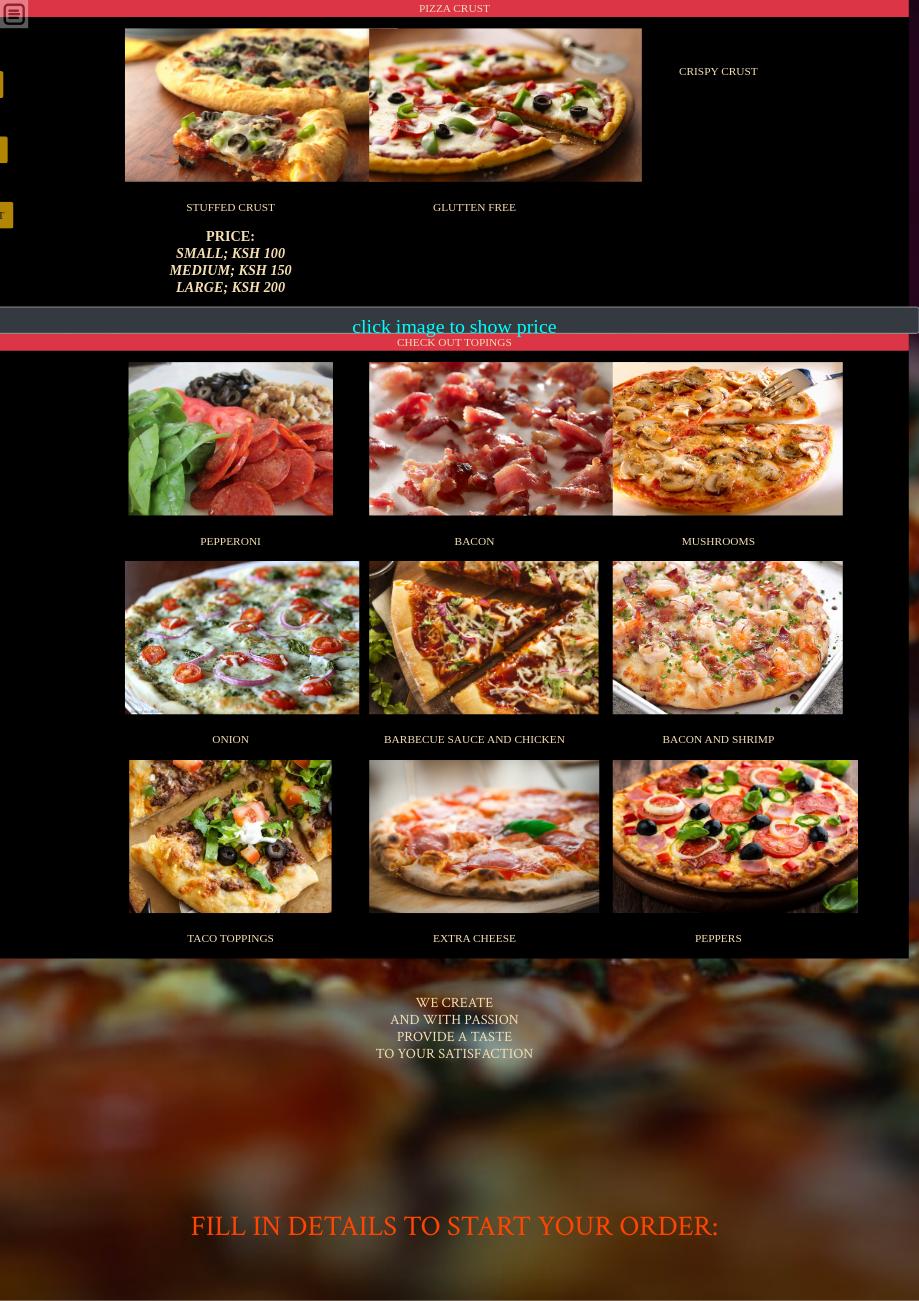
Repository: alexmwaura/MOREO--PIZZA-IP4
Page: mine.html
The author's editor kept a copy of each file at every save. The page is drawn from the files as they stood at one save, then again after the next save.
The browser window is 1280 px wide. The page is 1295 px wide, so the pictures cover 1295 px, including what lies to the right of the window. The pictures show the whole page, at 71% of full size.
After loading, the first visible `#work2` was clicked once.
Some web fonts or font styles are not loaded; a fallback is used.

Above is the page before, as saved 2019-09-01 14:38:33.

### mine.html
<!DOCTYPE html>
<html lang="en">

<head>
    <meta charset="UTF-8">
    <meta name="viewport" content="width=device-width, initial-scale=1.0">
    <meta http-equiv="X-UA-Compatible" content="ie=edge">

    <title> MOREO RESTAURANT</title>

    <link href="https://fonts.googleapis.com/css?family=Kaushan+Script&display=swap" rel="stylesheet">
    <link href="https://fonts.googleapis.com/css?family=Pacifico|Rancho&display=swap" rel="stylesheet">
    <link href="https://fonts.googleapis.com/css?family=Crimson+Text&display=swap" rel="stylesheet">

    <link rel="stylesheet" href="./CSS/bootstrap.css">
    <link rel="stylesheet" href="./CSS/styles.css">
    <script src="./SCRIPTS/jquery-3.4.1.js"></script>
    <script src="./SCRIPTS/scripts.js"></script>
</head>

<body>
    <nav>
        <a href="#" class="nav-toggle-btn bg-success"></a>
        <ul>
            <li><a href="./index.html" class="btn bg-warning" style="margin-left: -14%">HOME</a></li><br><br>
            <li><a href="#pizza" class="btn bg-warning" style="margin-left: -15%">ORDER</a></li><br><br>
            <li><a href="#nav" class="btn bg-warning" style="margin-left: -35%">CONTACT</a></li>
        </ul>
    </nav>

    <div class="content">


        <div class="address">
            <div class="">

                <div class="bg-danger" id="pizza-crust">
                    <p>PIZZA CRUST</p>

                </div>

                <div class="row">

                    &nbsp;&nbsp;&nbsp;&nbsp;&nbsp;&nbsp;&nbsp;&nbsp;&nbsp;&nbsp;&nbsp;&nbsp;&nbsp;&nbsp;&nbsp;&nbsp;&nbsp;&nbsp;&nbsp;&nbsp;&nbsp;&nbsp;&nbsp;&nbsp;&nbsp;&nbsp;&nbsp;&nbsp;&nbsp;&nbsp;&nbsp;&nbsp;&nbsp;&nbsp;&nbsp;&nbsp;&nbsp;&nbsp;&nbsp;&nbsp;&nbsp;&nbsp;&nbsp;&nbsp;

                    <div class="col-lg-3 col-md-3 col-sm-3">
                        <div id="work1">
                            <img src="./IMAGES/staffedcrust.jpg" alt="" class="img-fluid-1"><br><br>

                            <div class="overlay">
                                <div class="line">
                                    <p class="trial1">STUFFED CRUST</p>
                                    <p class="p1">
                                        <h5 class="p1"><strong> PRICE: <br>
                                            <em>SMALL; KSH 100</em><br>
                                            <em>MEDIUM; KSH 150</em><br>
                                            <em>LARGE; KSH 200</em>
                                        </strong></h5>
                                    </p>

                                </div>

                            </div>

                        </div>



                    </div>
                    &nbsp;&nbsp;&nbsp;&nbsp;

                    <div class="col-lg-3 col-md-3 col-sm-3">
                        <div id="work2">
                            <img src="./IMAGES/gluttenfree.jpg" alt="" class="img-fluid-2"><br><br>

                            <div class="overlay">
                                <div class="line">
                                    <p class="trial2">GLUTTEN FREE </p>


                                </div>

                            </div>

                        </div>

                    </div>

                    &nbsp;&nbsp;&nbsp;&nbsp;


                    <div class="col-lg-3 col-md-3 col-sm-3">
                        <div id="work3">
                            <img src="./IMAGES/1.jpeg" alt="" class="img-fluid-3 "><br><br>

                            <div class="overlay">
                                <div class="line">
                                    <p class="trial3">CRISPY CRUST</p>

                                </div>

                            </div>

                        </div>

                    </div>

                    <div class="form-control bg-dark">
                        <h3 style="color: aqua" style="font-size: 10vh" class="price"> click image to show price</h3>
                    </div>


                </div>

            </div>

        </div>



        <div class="dance">

            <div class="">

                <div class="bg-danger" id="pizza-toppings">
                    <p>CHECK OUT TOPINGS</p>

                </div>

                <div class="row">

                    &nbsp;&nbsp;&nbsp;&nbsp;&nbsp;&nbsp;&nbsp;&nbsp;&nbsp;&nbsp;&nbsp;&nbsp;&nbsp;&nbsp;&nbsp;&nbsp;&nbsp;&nbsp;&nbsp;&nbsp;&nbsp;&nbsp;&nbsp;&nbsp;&nbsp;&nbsp;&nbsp;&nbsp;&nbsp;&nbsp;&nbsp;&nbsp;&nbsp;&nbsp;&nbsp;&nbsp;&nbsp;&nbsp;&nbsp;&nbsp;&nbsp;&nbsp;&nbsp;&nbsp;

                    <div class="col-lg-3 col-md-3 col-sm-3">
                        <div id="work4">
                            <img src="./IMAGES/pepporoni.jpg" alt="" class="img-fluid-4"><br><br>

                            <div class="overlay">
                                <div class="line">
                                    <p class="trial4">PEPPERONI</p>

                                </div>

                            </div>

                        </div>

                    </div>




                    &nbsp;&nbsp;&nbsp;&nbsp;


                    <div class="col-lg-3 col-md-3 col-sm-3">
                        <div id="work5">
                            <img src="./IMAGES/bacon.jpg" alt="" class="img-fluid-5"><br><br>

                            <div class="overlay">
                                <div class="line">
                                    <p class="trial5">BACON </p>

                                </div>

                            </div>

                        </div>

                    </div>

                    &nbsp;&nbsp;&nbsp;&nbsp;


                    <div class="col-lg-3 col-md-3 col-sm-3">
                        <div id="work6">
                            <img src="./IMAGES/mushroom2.jpg" alt="" class="img-fluid-6"><br><br>

                            <div class="overlay">
                                <div class="line">
                                    <p class="trial6">MUSHROOMS</p>

                                </div>

                            </div>

                        </div>

                    </div>



                </div>

                <div class="row">

                    &nbsp;&nbsp;&nbsp;&nbsp;&nbsp;&nbsp;&nbsp;&nbsp;&nbsp;&nbsp;&nbsp;&nbsp;&nbsp;&nbsp;&nbsp;&nbsp;&nbsp;&nbsp;&nbsp;&nbsp;&nbsp;&nbsp;&nbsp;&nbsp;&nbsp;&nbsp;&nbsp;&nbsp;&nbsp;&nbsp;&nbsp;&nbsp;&nbsp;&nbsp;&nbsp;&nbsp;&nbsp;&nbsp;&nbsp;&nbsp;&nbsp;&nbsp;&nbsp;&nbsp;

                    <div class="col-lg-3 col-md-3 col-sm-3">
                        <div id="work7">
                            <img src="./IMAGES/onions.jpg" alt="" class="img-fluid-7"><br><br>

                            <div class="overlay">
                                <div class="line">
                                    <p class="trial4">ONION</p>

                                </div>

                            </div>

                        </div>

                    </div>




                    &nbsp;&nbsp;&nbsp;&nbsp;


                    <div class="col-lg-3 col-md-3 col-sm-3">
                        <div id="work8">
                            <img src="./IMAGES/barbecue.jpg" alt="" class="img-fluid-8"><br><br>

                            <div class="overlay">
                                <div class="line">
                                    <p class="trial5">BARBECUE SAUCE AND CHICKEN </p>

                                </div>

                            </div>

                        </div>

                    </div>

                    &nbsp;&nbsp;&nbsp;&nbsp;


                    <div class="col-lg-3 col-md-3 col-sm-3">
                        <div id="work9">
                            <img src="./IMAGES/shrimp.jpg" alt="" class="img-fluid-9"><br><br>

                            <div class="overlay">
                                <div class="line">
                                    <p class="trial6">BACON AND SHRIMP</p>

                                </div>

                            </div>

                        </div>

                    </div>



                </div>


                <div class="row">

                    &nbsp;&nbsp;&nbsp;&nbsp;&nbsp;&nbsp;&nbsp;&nbsp;&nbsp;&nbsp;&nbsp;&nbsp;&nbsp;&nbsp;&nbsp;&nbsp;&nbsp;&nbsp;&nbsp;&nbsp;&nbsp;&nbsp;&nbsp;&nbsp;&nbsp;&nbsp;&nbsp;&nbsp;&nbsp;&nbsp;&nbsp;&nbsp;&nbsp;&nbsp;&nbsp;&nbsp;&nbsp;&nbsp;&nbsp;&nbsp;&nbsp;&nbsp;&nbsp;&nbsp;

                    <div class="col-lg-3 col-md-3 col-sm-3">
                        <div id="work10">
                            <img src="./IMAGES/taco.jpg" alt="" class="img-fluid-10"><br><br>

                            <div class="overlay">
                                <div class="line">
                                    <p class="trial4">TACO TOPPINGS</p>

                                </div>

                            </div>

                        </div>

                    </div>




                    &nbsp;&nbsp;&nbsp;&nbsp;


                    <div class="col-lg-3 col-md-3 col-sm-3">
                        <div id="work11">
                            <img src="./IMAGES/cheese 2.jpg" alt="" class="img-fluid-11"><br><br>

                            <div class="overlay">
                                <div class="line">
                                    <p class="trial5">EXTRA CHEESE </p>

                                </div>

                            </div>

                        </div>

                    </div>

                    &nbsp;&nbsp;&nbsp;&nbsp;


                    <div class="col-lg-3 col-md-3 col-sm-3">
                        <div id="work12">
                            <img src="./IMAGES/pepper.jpg" alt="" class="img-fluid-12"><br><br>

                            <div class="overlay">
                                <div class="line">
                                    <p class="trial6">PEPPERS</p>

                                </div>

                            </div>

                        </div>

                    </div>



                </div>


            </div>





        </div>

        <div id="trial">


            <div id="pizza">
                <h2 class="pizza">WE CREATE <br>AND WITH PASSION <br> PROVIDE A TASTE <br> TO YOUR SATISFACTION</h2>
                <br><br>
                <h1>FILL IN DETAILS TO START YOUR ORDER:</h1>


            </div><br><br>



        </div>








    </div>
















</body>

### CSS/styles.css

body{
    background-image: url("../IMAGES/1.jpeg");
    background-repeat: no-repeat;
    background-size: cover;
    background-position: center;
    color: wheat;
    font-family: 'Pacifico', cursive;
    font-family: 'Rancho', cursive;
    margin: 0;
    padding: 0;

}
nav {
    position: fixed;
    z-index: 500;
    top: 0%;
    bottom: 0;
    width: 100px;
    background-image: url("../IMAGES/tukule.jpg");
    background-repeat: no-repeat;
    background-size: cover;
    background-position: center;
    transform: translate3d(-100px, 0, 0);
    transition: transform 0.4s ease;
    font-size: large;
    opacity: 0.7;
}
.active-nav nav{
    transform: translate3d(0, 0, 0)
}

nav ul {

    margin-top: 100px;
}
.nav-toggle-btn{

    position: absolute;
    left: 100px;
    width: 40px;
    height: 40px;
    background-image: url("../IMAGES/images.png");
    background-repeat: no-repeat;
    background-size: cover;
    background-position: center;
    top: 0;
    opacity: 0.5;
}
.content{
    padding: 0;
    margin: 0%;
    height: fit-content;
    text-align: center;
    text-align-last: fixed;
    transition: transform 0.4s ease;
}
.active-nav .content{
    transform: translate3d(200px, 0, 0);
}
.wcome{
    font-size: 100px;
}
.ret{
    font-size: 80px;
}
.home{

    position: absolute center;
    margin-top: -100px;
    padding: 0%;
}
h1{
    font-size: 40px;
    animation: bounce 3s infinite;
    color: orangered;
    margin-top: 10%;
    font-family: 'Crimson Text', serif;

}
@keyframes bounce {

    0%, 20%, 50%, 80%, 100%{
        transform: translateY(0);
    }
    40% {
        transform: translateY(-55px);
    }
    60% {
        transform: translateY(-45px);
    }

}
.to{
    font-size: 30px;
    animation: bounce 3s infinite;
    color: wheat;
    margin-top: -0.01%;
}
@keyframes bounce {

    0%, 20%, 50%, 80%, 100%{
        transform: translateY(0);
    }
    40% {
        transform: translateY(-55px);
    }
    60% {
        transform: translateY(-45px);
    }

}
.price{

    animation: bounce 3s infinite;
    margin-top: 0.5vh;
}
@keyframes bounce {

    0%, 20%, 50%, 80%, 100%{
        transform: translateY(0);
    }
    40% {
        transform: translateY(-55px);
    }
    60% {
        transform: translateY(-45px);
    }

}

.address{
    text-align: center;
    align-content: center;
    position: center;
    background: black;
    background-size: cover;
    background-position: center;

}
.dance{
    text-align: center;
    align-content: center;
    position: center;
    background: black;
    background-size: cover;
    background-position: center;

}
.img-fluid-1{
    height: 30vh;
    justify-content: space-around;

}
.img-fluid-2{
    height: 30vh;

}
.img-fluid-3{
    height: 30vh;

}
.img-fluid-4{
    height: 30vh;

}
.img-fluid-5{
    height: 30vh;

}
.img-fluid-6{
    height: 30vh;

}
.img-fluid-7{
    height: 30vh;

}
.img-fluid-8{
    height: 30vh;

}
.img-fluid-9{
    height: 30vh;

}
.img-fluid-10{
    height: 30vh;

}
.img-fluid-11{
    height: 30vh;

}
.img-fluid-12{
    height: 30vh;

}
.pizza{
    margin-top: 10px;
    font-family: 'Crimson Text', serif;
    font-size: 20PX;
}
#pizza{
    padding-top: 0%;
    margin: 0%;
    justify-content: flex-end;
}
#trial{
    padding-top: 40px;
    font-size: x-large;
}

/* #work1:hover img {
    transform: scale(0.5) ;
    transition: all 50s ease;
} */

/* #work2:hover img {
    transform: scale(1.2) ;
    transition: all 2s ease;
}
#work3:hover img {
    transform: scale(1.2) ;
    transition: all 2s ease;
}
#work4:hover img {
    transform: scale(1.2) ;
    transition: all 2s ease;
}

#work5:hover img {
    transform: scale(1.2) ;
    transition: all 2s ease;
}
#work6:hover img {
    transform: scale(1.2) ;
    transition: all 2s ease;
}
#work7:hover img {
    transform: scale(1.2) ;
    transition: all 2s ease;
}
#work8:hover img {
    transform: scale(1.2) ;
    transition: all 2s ease;
}
#work9:hover img {
    transform: scale(1.2) ;
    transition: all 2s ease;
}
#work10:hover img {
    transform: scale(1.2) ;
    transition: all 2s ease;
}
#work11:hover img {
    transform: scale(1.2) ;
    transition: all 2s ease;
}
#work12:hover img {
    transform: scale(1.2) ;
    transition: all 2s ease;
} */
.p1{
    display: none;
}

### SCRIPTS/scripts.js
$(function () {
    var bodyEl = $('body'),
        navToggleBtn = bodyEl.find('.nav-toggle-btn');

    navToggleBtn.on('click', function () {
        bodyEl.toggleClass('active-nav');

        event.preventDefault();
    });
});
$(document).ready(function () {
    $("#work1").click(function () {
        $(".img-fluid-1").toggle(1000);
        $(".p1").toggle(1000);


    });
    $("#work2").click(function () {
        $(".img-fluid-3").toggle(1000);
        $(".p1").toggle(1000);


    });
    $("#work4").click(function () {
        $(".img-fluid-4").toggle(1000);
        $(".p1").toggle(1000);


    });
    $("#work1").click(function () {
        $(".img-fluid-1").toggle(1000);
        $(".p1").toggle(1000);


    });



});

Loaded but not shown: CSS/bootstrap.css (library); SCRIPTS/jquery-3.4.1.js (library)

After the next save:
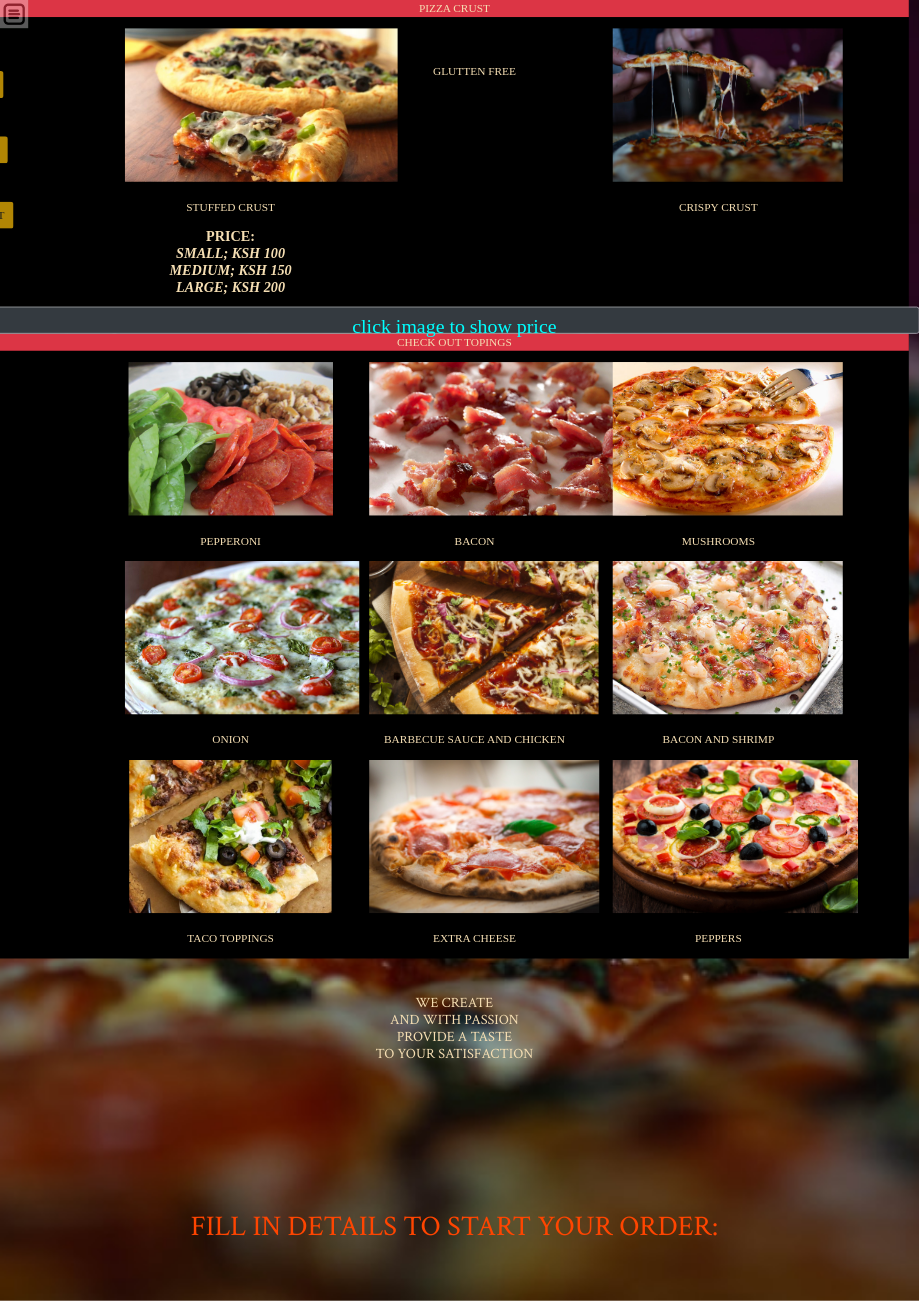
Saved 7 s later.
--- a/SCRIPTS/scripts.js
+++ b/SCRIPTS/scripts.js
@@ -16,7 +16,7 @@ $(document).ready(function () {
 
     });
     $("#work2").click(function () {
-        $(".img-fluid-3").toggle(1000);
+        $(".img-fluid-2").toggle(1000);
         $(".p1").toggle(1000);
 
 
